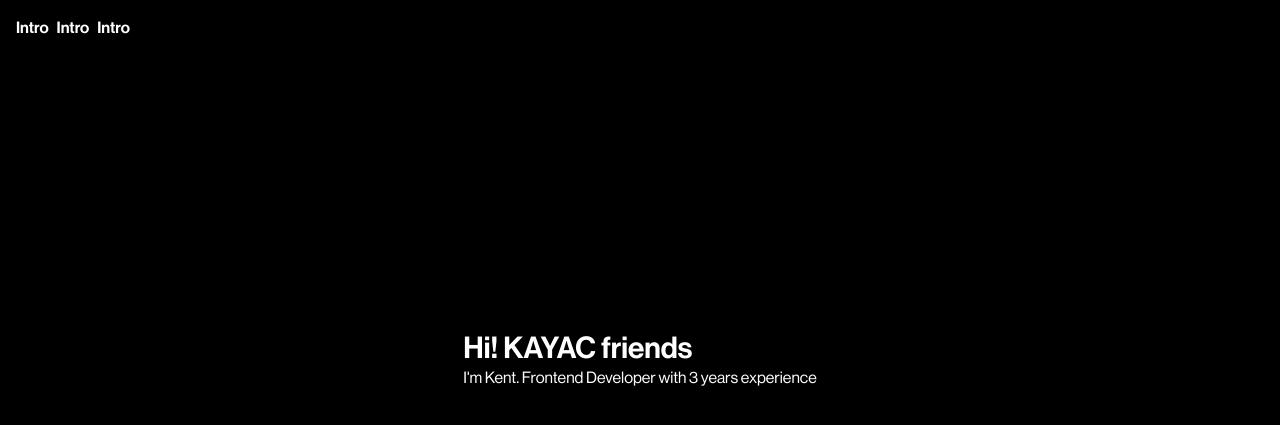
Repository: kentnathaniel/kayac-presentation
Page: /
The author's editor kept a copy of each file at every save. The page is drawn from the files as they stood at one save, then again after the next save.
The browser window is 1280 px wide. The pictures show the whole page.
The project was rebuilt for these pictures with package versions that can differ from the ones it lists, and the page was loaded fresh each time. Also part of the build but not shown: vite.config.ts.

Above is the page before, as saved 2024-09-14 09:05:38.

### src/App.tsx
function App() {
  return (
    <div className="grid w-screen min-h-screen">
      <div className="flex w-screen fixed top-0 gap-2 p-4">
        <a>Intro</a>
        <a>Intro</a>
        <a>Intro</a>
      </div>
      <div className="flex flex-col justify-center mx-auto h-screen">
        <h1 className="text-3xl text-left">Hi! KAYAC friends</h1>
        <p className="font-thin">
          I'm Kent. Frontend Developer with 3 years experience
        </p>
      </div>
    </div>
  );
}

export default App;

### src/index.css
@tailwind base;
@tailwind components;
@tailwind utilities;

body {
  background-color: black;
  color: white;
}

/* Thin */
@font-face {
  font-family: "Neue-Haas-Grotesk";
  src: url("./assets/fonts/NeueHaasDisplayRoman.ttf") format("truetype");
  font-weight: 300;
  font-style: normal;
}

@font-face {
  font-family: "Neue-Haas-Grotesk";
  src: url("./assets/fonts/NeueHaasDisplayRomanItalic.ttf") format("truetype");
  font-weight: 300;
  font-style: italic;
}

/* Mediums */
@font-face {
  font-family: "Neue-Haas-Grotesk";
  src: url("./assets/fonts/NeueHaasDisplayMedium.ttf") format("truetype");
  font-weight: 400;
  font-style: normal;
}

@font-face {
  font-family: "Neue-Haas-Grotesk";
  src: url("./assets/fonts/NeueHaasDisplayMediumItalic.ttf") format("truetype");
  font-weight: 400;
  font-style: italic;
}

/* Bolds */
@font-face {
  font-family: "Neue-Haas-Grotesk";
  src: url("./assets/fonts/NeueHaasDisplayBold.ttf") format("truetype");
  font-weight: 700;
  font-style: normal;
}

@font-face {
  font-family: "Neue-Haas-Grotesk";
  src: url("./assets/fonts/NeueHaasDisplayBoldItalic.ttf") format("truetype");
  font-weight: 700;
  font-style: italic;
}

body {
  font-family: "Neue-Haas-Grotesk", Arial, Helvetica, sans-serif;
}

### tailwind.config.ts
/** @type {import('tailwindcss').Config} */
export default {
  content: ["./index.html", "./src/**/*.{js,ts,jsx,tsx}"],
  theme: {
    extend: {
      fontFamily: {
        custom: ["Neue-Haas-Grotesk"],
      },
    },
  },
  plugins: [],
};

Loaded but not shown: index.html (common file); src/main.tsx (common file)

After the next save:
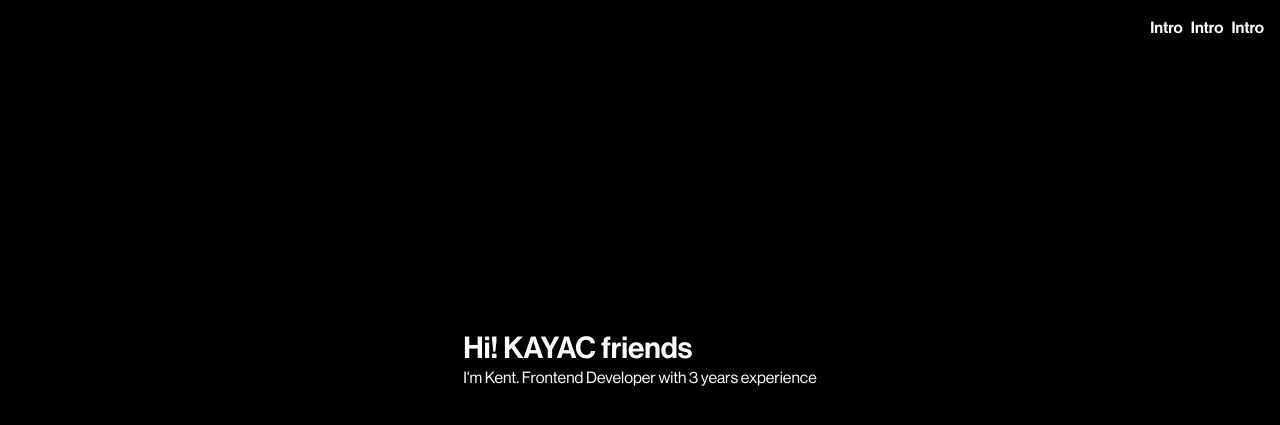
Saved 18 s later.
--- a/src/App.tsx
+++ b/src/App.tsx
@@ -1,7 +1,7 @@
 function App() {
   return (
     <div className="grid w-screen min-h-screen">
-      <div className="flex w-screen fixed top-0 gap-2 p-4">
+      <div className="flex w-screen fixed top-0 gap-2 p-4 justify-end">
         <a>Intro</a>
         <a>Intro</a>
         <a>Intro</a>
